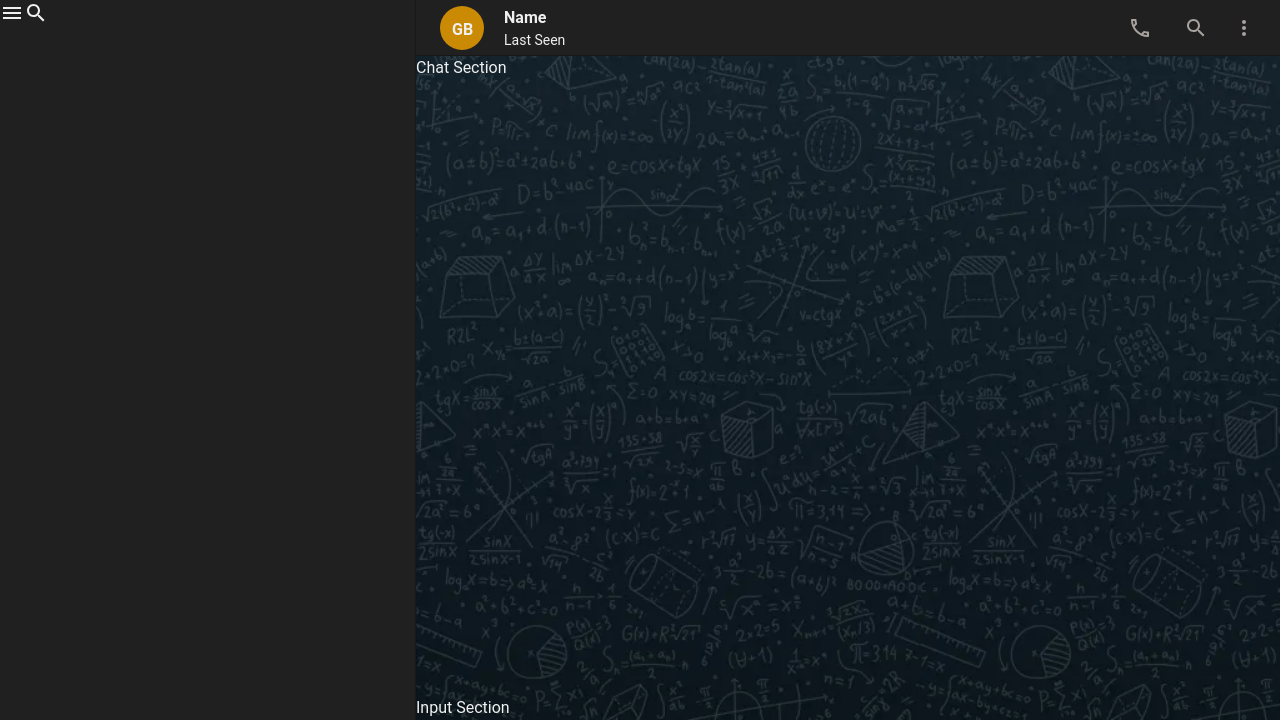
Repository: Qu4ntumGuy/telegram-clone
Page: /
An editor plug-in stored every save of this project. The page is shown before and after the next save, followed by the edit.
The browser window is 1280 px wide. The pictures show the whole page.
The project was rebuilt for these pictures with package versions that can differ from the ones it lists, and the page was loaded fresh each time. Also part of the build but not shown: src/Utils/ContextProvider.js, src/Pages/ChatPage.js/ChatPage.js.

Above is the page before, as saved 2024-07-15 12:21:02.

After the next save:
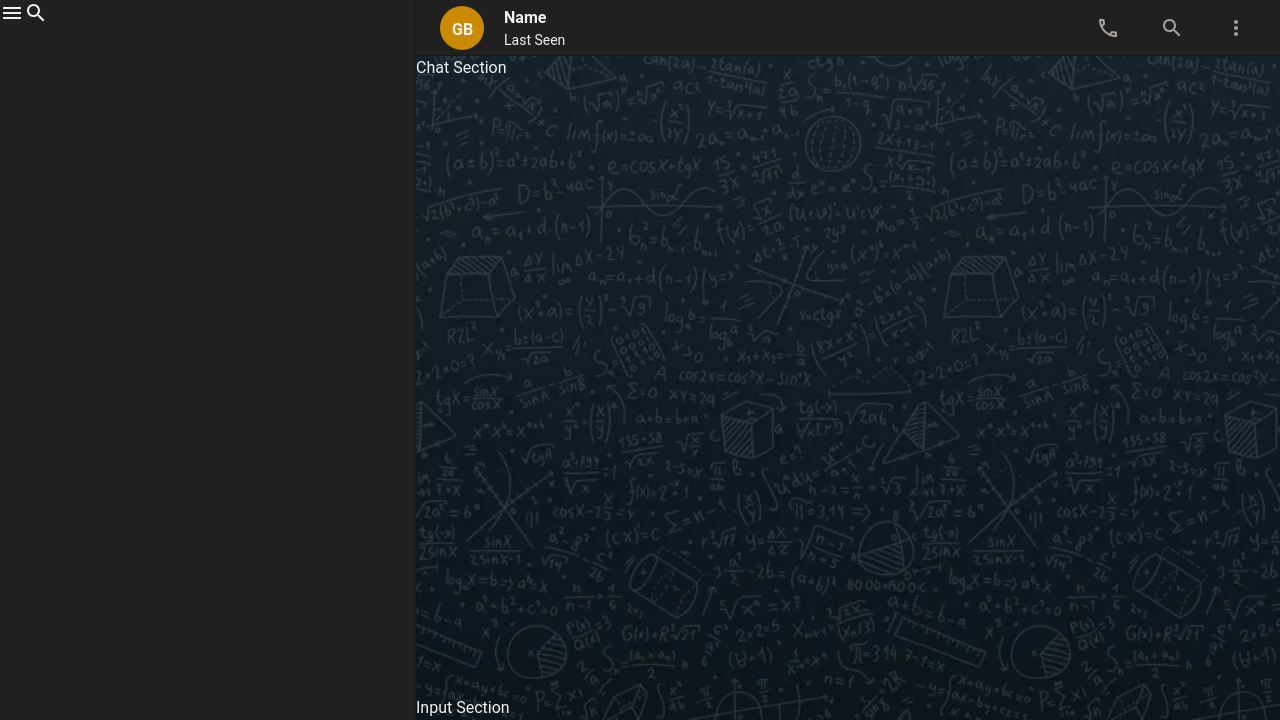
Saved 23 s later.
--- a/src/Components/Topbar.js
+++ b/src/Components/Topbar.js
@@ -19,10 +19,10 @@ function Topbar() {
         <div className=" rounded-full hover:bg-stone-800 p-2">
           <CallOutlinedIcon />
         </div>
-        <div>
+        <div className=" rounded-full hover:bg-stone-800 p-2">
           <SearchIcon />
         </div>
-        <div>
+        <div className=" rounded-full hover:bg-stone-800 p-2">
           <MoreVertIcon />
         </div>
       </div>
